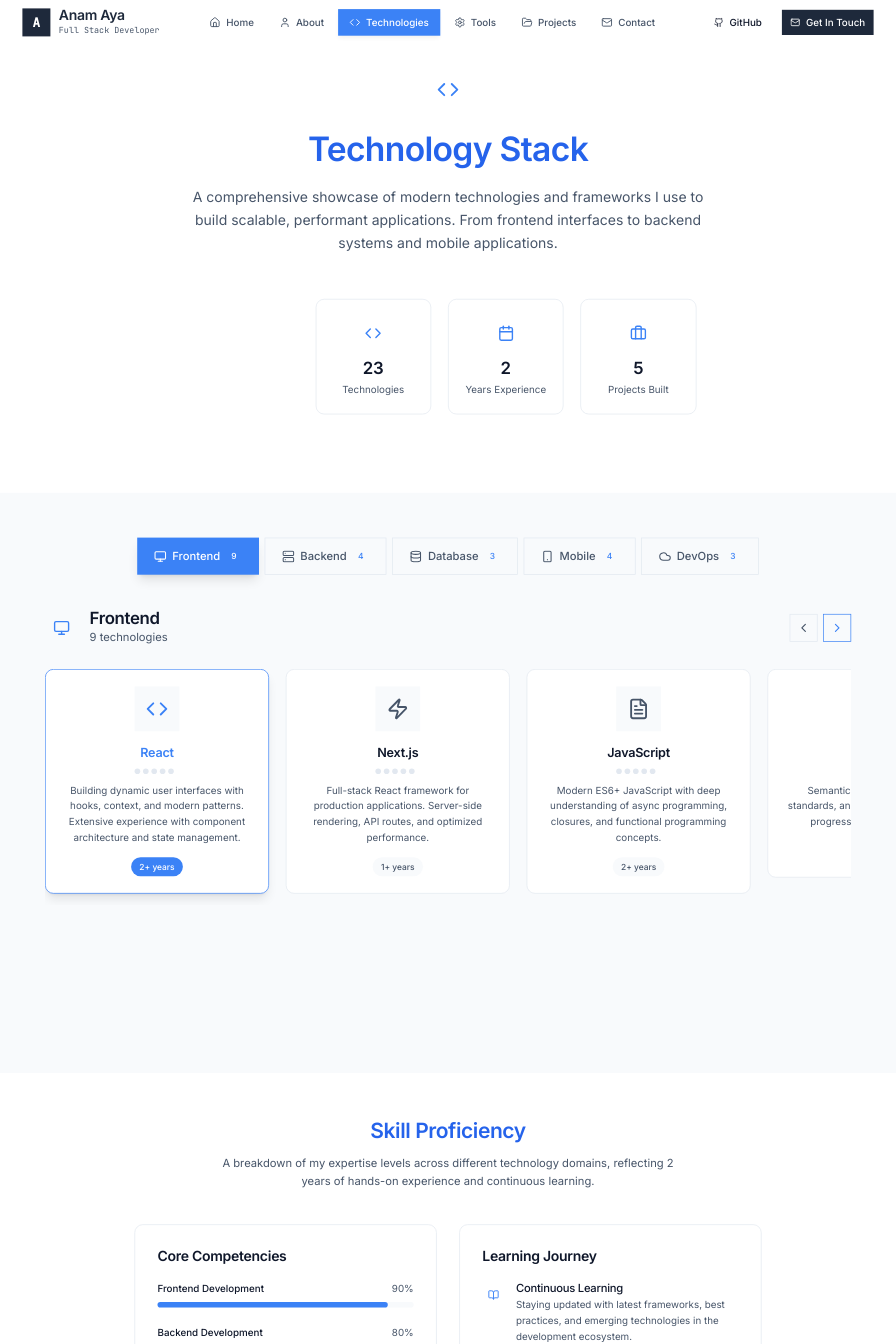
Repository: ayaaas/portflio_aya
Page: /technologies-interactive-stack-showcase
The author's editor kept a copy of each file at every save. The page is drawn from the files as they stood at one save, then again after the next save.
The browser window is 1280 px wide. The pictures show the part of the page from y = 0 to 1920 px (the page is 2561 px tall before and 2583 px after), at 70% of full size.
The project was rebuilt for these pictures with package versions that can differ from the ones it lists, and the page was loaded fresh each time. Also part of the build but not shown: vite.config.mjs, src/components/ErrorBoundary.jsx, src/components/AppImage.jsx, src/pages/hero-section-developer-portfolio/components/ProfileImage.jsx, src/pages/hero-section-developer-portfolio/components/AnimatedText.jsx, src/pages/hero-section-developer-portfolio/components/HeroContent.jsx, src/pages/hero-section-developer-portfolio/components/BackgroundPattern.jsx, src/pages/hero-section-developer-portfolio/components/ScrollIndicator.jsx and 23 more.

Above is the page before, as saved 2025-07-19 22:35:31.

After the next save:
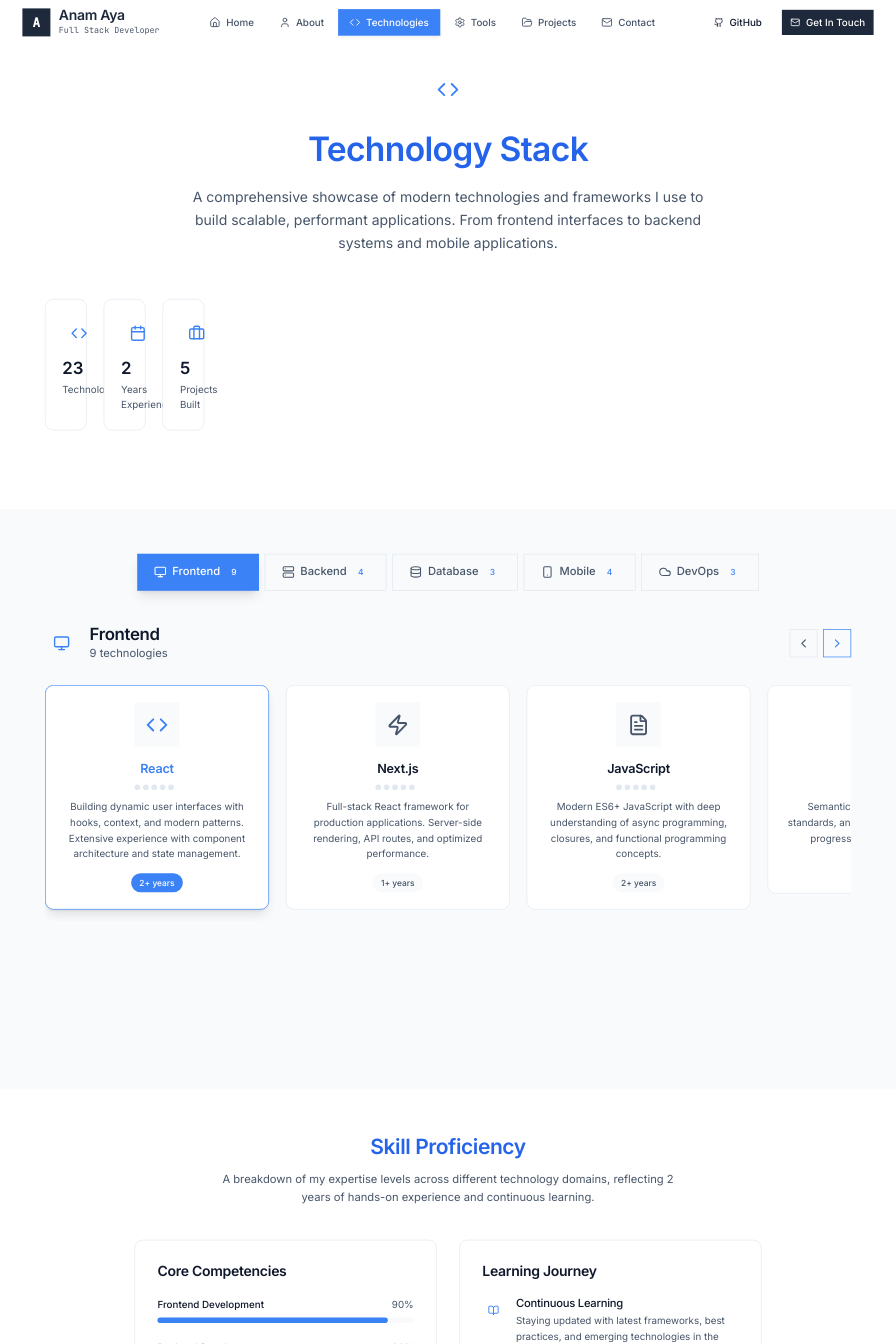
Saved 106 s later.
--- a/src/pages/technologies-interactive-stack-showcase/index.jsx
+++ b/src/pages/technologies-interactive-stack-showcase/index.jsx
@@ -246,8 +246,8 @@
               </p>
             </div>
 
-            {/* Technology Stats - right aligned but slightly more left with pr-8 */}
-            <div className={`flex justify-end pr-8 transition-all duration-1000 delay-200 ${
+            {/* Technology Stats - moved more left with pr-2, max width, mr-auto */}
+            <div className={`flex justify-end pr-2 max-w-xs mr-auto transition-all duration-1000 delay-200 ${
               isVisible ? 'opacity-100 translate-y-0' : 'opacity-0 translate-y-8'
             }`}>
               <TechnologyStats stats={technologyStats} />

After the save that followed:
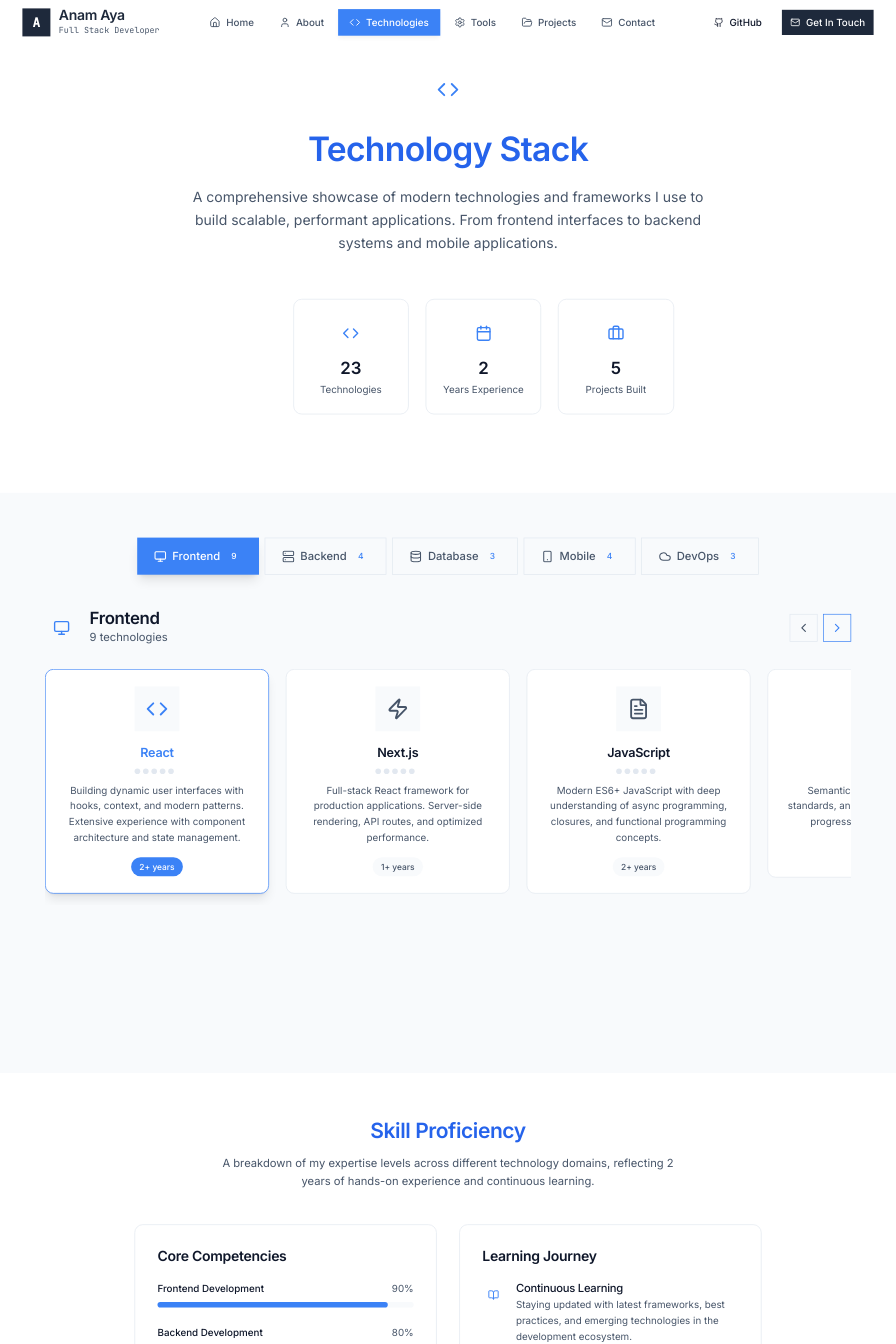
Saved 11 s later.
--- a/src/pages/technologies-interactive-stack-showcase/index.jsx
+++ b/src/pages/technologies-interactive-stack-showcase/index.jsx
@@ -11,6 +11,7 @@
   const [activeCategory, setActiveCategory] = useState('frontend');
   const [isVisible, setIsVisible] = useState(false);
 
+  // Updated categories with accurate counts
   const categories = [
     { id: 'frontend', name: 'Frontend', icon: 'Monitor', count: 9 },
     { id: 'backend', name: 'Backend', icon: 'Server', count: 4 },
@@ -19,6 +20,7 @@
     { id: 'cloud', name: 'DevOps', icon: 'Cloud', count: 3 }
   ];
 
+  // Updated technologies with accurate information
   const technologies = {
     frontend: [
       {
@@ -193,12 +195,14 @@
     ]
   };
 
+  // Updated technology stats
   const technologyStats = [
     { icon: 'Code', value: '23', label: 'Technologies' },
     { icon: 'Calendar', value: '2', label: 'Years Experience' },
     { icon: 'Briefcase', value: '5', label: 'Projects Built' }
   ];
 
+  // Updated skill progress
   const skillProgress = [
     { name: 'Frontend Development', percentage: 90 },
     { name: 'Backend Development', percentage: 80 },
@@ -213,6 +217,9 @@
   const handleCategoryChange = (categoryId) => {
     setActiveCategory(categoryId);
   };
+
+  const currentCategory = categories.find(cat => cat.id === activeCategory);
+  const currentTechnologies = technologies[activeCategory] || [];
 
   return (
     <>
@@ -246,8 +253,8 @@
               </p>
             </div>
 
-            {/* Technology Stats - moved more left with pr-2, max width, mr-auto */}
-            <div className={`flex justify-end pr-2 max-w-xs mr-auto transition-all duration-1000 delay-200 ${
+            {/* Technology Stats - slightly less to the right with padding-right */}
+            <div className={`flex justify-end pr-16 transition-all duration-1000 delay-200 ${
               isVisible ? 'opacity-100 translate-y-0' : 'opacity-0 translate-y-8'
             }`}>
               <TechnologyStats stats={technologyStats} />
@@ -261,11 +268,14 @@
             <div className={`transition-all duration-1000 delay-400 ${
               isVisible ? 'opacity-100 translate-y-0' : 'opacity-0 translate-y-8'
             }`}>
+              {/* Category Navigation */}
               <CategoryNavigation
                 categories={categories}
                 activeCategory={activeCategory}
                 onCategoryChange={handleCategoryChange}
               />
+
+              {/* Technology Carousel */}
               <div className="relative min-h-[600px]">
                 {categories.map((category) => (
                   <div
